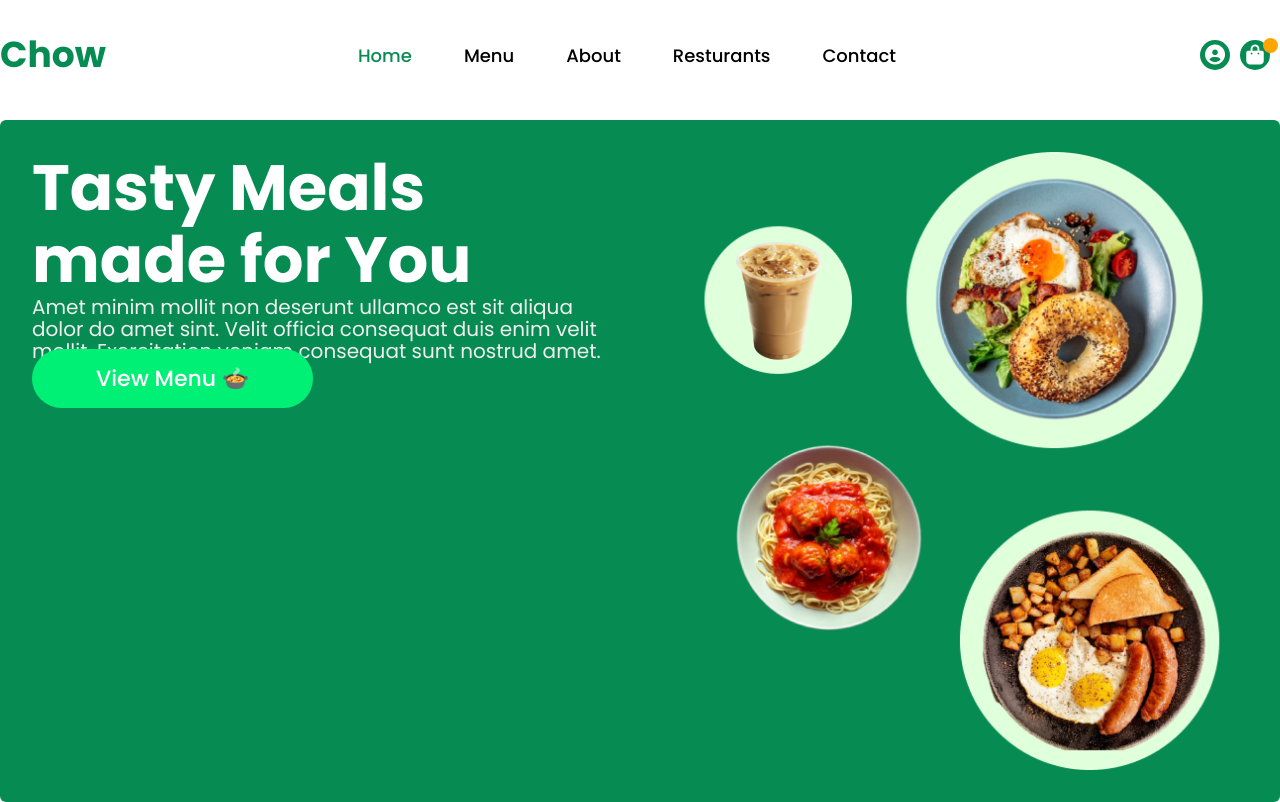
Repository: nguyennam1029/balbal
Page: index.html
These files come from the project's save history. The page is drawn as it stood at one moment and after the next save; the edit follows.
The browser window is 1280 px wide. The pictures show the whole page.
Some web libraries are served in a nearby version.

Above is the page before, as saved 2022-07-01 17:27:55.

### index.html
<!DOCTYPE html>
<html lang="en">
  <head>
    <meta charset="UTF-8" />
    <meta http-equiv="X-UA-Compatible" content="IE=edge" />
    <meta name="viewport" content="width=device-width, initial-scale=1.0" />
    <title>Chow</title>
    <link
      rel="stylesheet"
      href="https://cdnjs.cloudflare.com/ajax/libs/font-awesome/6.1.1/css/all.min.css"
      integrity="sha512-KfkfwYDsLkIlwQp6LFnl8zNdLGxu9YAA1QvwINks4PhcElQSvqcyVLLD9aMhXd13uQjoXtEKNosOWaZqXgel0g=="
      crossorigin="anonymous"
      referrerpolicy="no-referrer"
    />
    <link rel="stylesheet" href="css/grid.css" />
    <link rel="stylesheet" href="css/style.css" />
  </head>
  <body>
    <div class="grid wide">
      <div class="menu">
        <a href="#" class="menu-left">Chow</a>
        <ul class="menu-center">
          <li class="menu-center-item">
            <a href="#" class="menu-center--link active">Home</a>
          </li>
          <li class="menu-center-item">
            <a href="#" class="menu-center--link">Menu</a>
          </li>
          <li class="menu-center-item">
            <a href="#" class="menu-center--link">About</a>
          </li>
          <li class="menu-center-item">
            <a href="#" class="menu-center--link">Resturants</a>
          </li>
          <li class="menu-center-item">
            <a href="#" class="menu-center--link">Contact</a>
          </li>
        </ul>
        <ul class="menu-right">
          <li class="menu-right-item">
            <a href="#" class="menu-right--link">
              <i class="fa-solid fa-circle-user"></i>
            </a>
          </li>
          <li class="menu-right-item">
            <a href="#" class="menu-right--link active">
              <i class="fa-solid fa-bag-shopping"></i>
              <span class="menu-right--circle"></span>
            </a>
          </li>
        </ul>
      </div>
      <div class="banner">
        <div class="row">
          <div class="col l-6 m-6 c-12">
            <div class="banner-info">
              <h1 class="banner-title">Tasty Meals made for You</h1>
              <span class="banner-des"
                >Amet minim mollit non deserunt ullamco est sit aliqua dolor do
                amet sint. Velit officia consequat duis enim velit mollit.
                Exercitation veniam consequat sunt nostrud amet.</span
              >
              <a href="#" class="banner-btn"> View Menu 🍲 </a>
            </div>
          </div>
          <div class="col l-6 m-6 c-12">
            <div class="banner-img">
              <img src="images/banner1.png" alt="" />
            </div>
          </div>
        </div>
      </div>
    </div>
  </body>
</html>

### css/grid.css
/* L là pc ,  M là tablet, C là mobile  */
.grid {
    width  : 100%;
    display: block;
    padding: 0;
}

.grid.wide {
    max-width: 1280px;
    margin   : 0 auto;
}

.row {
    display     : flex;
    flex-wrap   : wrap;
    margin-left : -4px;
    margin-right: -4px;
}

.row.no-gutters {
    margin-left : 0;
    margin-right: 0;
}

.col {
    padding-left : 4px;
    padding-right: 4px;
}

.row.no-gutters .col {
    padding-left : 0;
    padding-right: 0;
}

.c-0 {
    display: none;
}

.c-1 {
    flex     : 0 0 8.33333%;
    max-width: 8.33333%;
}

.c-2 {
    flex     : 0 0 16.66667%;
    max-width: 16.66667%;
}

.c-3 {
    flex     : 0 0 25%;
    max-width: 25%;
}

.c-4 {
    flex     : 0 0 33.33333%;
    max-width: 33.33333%;
}

.c-5 {
    flex     : 0 0 41.66667%;
    max-width: 41.66667%;
}

.c-6 {
    flex     : 0 0 50%;
    max-width: 50%;
}

.c-7 {
    flex     : 0 0 58.33333%;
    max-width: 58.33333%;
}

.c-8 {
    flex     : 0 0 66.66667%;
    max-width: 66.66667%;
}

.c-9 {
    flex     : 0 0 75%;
    max-width: 75%;
}

.c-10 {
    flex     : 0 0 83.33333%;
    max-width: 83.33333%;
}

.c-11 {
    flex     : 0 0 91.66667%;
    max-width: 91.66667%;
}

.c-12 {
    flex     : 0 0 100%;
    max-width: 100%;
}

.c-o-1 {
    margin-left: 8.33333%;
}

.c-o-2 {
    margin-left: 16.66667%;
}

.c-o-3 {
    margin-left: 25%;
}

.c-o-4 {
    margin-left: 33.33333%;
}

.c-o-5 {
    margin-left: 41.66667%;
}

.c-o-6 {
    margin-left: 50%;
}

.c-o-7 {
    margin-left: 58.33333%;
}

.c-o-8 {
    margin-left: 66.66667%;
}

.c-o-9 {
    margin-left: 75%;
}

.c-o-10 {
    margin-left: 83.33333%;
}

.c-o-11 {
    margin-left: 91.66667%;
}

/* >= Tablet */
@media (min-width: 740px) {
    .row {
        margin-left : -8px;
        margin-right: -8px;
    }

    .col {
        padding-left : 8px;
        padding-right: 8px;
    }

    .m-0 {
        display: none;
    }

    .m-1,
    .m-2,
    .m-3,
    .m-4,
    .m-5,
    .m-6,
    .m-7,
    .m-8,
    .m-9,
    .m-10,
    .m-11,
    .m-12 {
        display: block;
    }

    .m-1 {
        flex     : 0 0 8.33333%;
        max-width: 8.33333%;
    }

    .m-2 {
        flex     : 0 0 16.66667%;
        max-width: 16.66667%;
    }

    .m-3 {
        flex     : 0 0 25%;
        max-width: 25%;
    }

    .m-4 {
        flex     : 0 0 33.33333%;
        max-width: 33.33333%;
    }

    .m-5 {
        flex     : 0 0 41.66667%;
        max-width: 41.66667%;
    }

    .m-6 {
        flex     : 0 0 50%;
        max-width: 50%;
    }

    .m-7 {
        flex     : 0 0 58.33333%;
        max-width: 58.33333%;
    }

    .m-8 {
        flex     : 0 0 66.66667%;
        max-width: 66.66667%;
    }

    .m-9 {
        flex     : 0 0 75%;
        max-width: 75%;
    }

    .m-10 {
        flex     : 0 0 83.33333%;
        max-width: 83.33333%;
    }

    .m-11 {
        flex     : 0 0 91.66667%;
        max-width: 91.66667%;
    }

    .m-12 {
        flex     : 0 0 100%;
        max-width: 100%;
    }

    .m-o-1 {
        margin-left: 8.33333%;
    }

    .m-o-2 {
        margin-left: 16.66667%;
    }

    .m-o-3 {
        margin-left: 25%;
    }

    .m-o-4 {
        margin-left: 33.33333%;
    }

    .m-o-5 {
        margin-left: 41.66667%;
    }

    .m-o-6 {
        margin-left: 50%;
    }

    .m-o-7 {
        margin-left: 58.33333%;
    }

    .m-o-8 {
        margin-left: 66.66667%;
    }

    .m-o-9 {
        margin-left: 75%;
    }

    .m-o-10 {
        margin-left: 83.33333%;
    }

    .m-o-11 {
        margin-left: 91.66667%;
    }
}

/* PC medium resolution > */
@media (min-width: 1113px) {
    .row {
        margin-left : -12px;
        margin-right: -12px;
    }

    .row.sm-gutter {
        margin-left : -5px;
        margin-right: -5px;
    }

    .col {
        padding-left : 12px;
        padding-right: 12px;
    }

    .row.sm-gutter .col {
        padding-left : 5px;
        padding-right: 5px;
    }

    .l-0 {
        display: none;
    }

    .l-1,
    .l-2,
    .l-2-4,
    .l-3,
    .l-4,
    .l-5,
    .l-6,
    .l-7,
    .l-8,
    .l-9,
    .l-10,
    .l-11,
    .l-12 {
        display: block;
    }

    .l-1 {
        flex     : 0 0 8.33333%;
        max-width: 8.33333%;
    }

    .l-2 {
        flex     : 0 0 16.66667%;
        max-width: 16.66667%;
    }

    .l-2-4 {
        flex     : 0 0 20%;
        max-width: 20%;
    }

    .l-3 {
        flex     : 0 0 25%;
        max-width: 25%;
    }

    .l-4 {
        flex     : 0 0 33.33333%;
        max-width: 33.33333%;
    }

    .l-5 {
        flex     : 0 0 41.66667%;
        max-width: 41.66667%;
    }

    .l-6 {
        flex     : 0 0 50%;
        max-width: 50%;
    }

    .l-7 {
        flex     : 0 0 58.33333%;
        max-width: 58.33333%;
    }

    .l-8 {
        flex     : 0 0 66.66667%;
        max-width: 66.66667%;
    }

    .l-9 {
        flex     : 0 0 75%;
        max-width: 75%;
    }

    .l-10 {
        flex     : 0 0 83.33333%;
        max-width: 83.33333%;
    }

    .l-11 {
        flex     : 0 0 91.66667%;
        max-width: 91.66667%;
    }

    .l-12 {
        flex     : 0 0 100%;
        max-width: 100%;
    }

    .l-o-1 {
        margin-left: 8.33333%;
    }

    .l-o-2 {
        margin-left: 16.66667%;
    }

    .l-o-3 {
        margin-left: 25%;
    }

    .l-o-4 {
        margin-left: 33.33333%;
    }

    .l-o-5 {
        margin-left: 41.66667%;
    }

    .l-o-6 {
        margin-left: 50%;
    }

    .l-o-7 {
        margin-left: 58.33333%;
    }

    .l-o-8 {
        margin-left: 66.66667%;
    }

    .l-o-9 {
        margin-left: 75%;
    }

    .l-o-10 {
        margin-left: 83.33333%;
    }

    .l-o-11 {
        margin-left: 91.66667%;
    }
}

/* Tablet - PC low resolution */
@media (min-width: 740px) and (max-width: 1023px) {
    .wide {
        width: 644px;
    }
}

/* > PC low resolution */
@media (min-width: 1024px) and (max-width: 1239px) {
    .wide {
        width: 984px;
    }

    .wide .row {
        margin-left : -12px;
        margin-right: -12px;
    }

    .wide .row.sm-gutter {
        margin-left : -5px;
        margin-right: -5px;
    }

    .wide .col {
        padding-left : 12px;
        padding-right: 12px;
    }

    .wide .row.sm-gutter .col {
        padding-left : 5px;
        padding-right: 5px;
    }

    .wide .l-0 {
        display: none;
    }

    .wide .l-1,
    .wide .l-2,
    .wide .l-2-4,
    .wide .l-3,
    .wide .l-4,
    .wide .l-5,
    .wide .l-6,
    .wide .l-7,
    .wide .l-8,
    .wide .l-9,
    .wide .l-10,
    .wide .l-11,
    .wide .l-12 {
        display: block;
    }

    .wide .l-1 {
        flex     : 0 0 8.33333%;
        max-width: 8.33333%;
    }

    .wide .l-2 {
        flex     : 0 0 16.66667%;
        max-width: 16.66667%;
    }

    .wide .l-2-4 {
        flex     : 0 0 20%;
        max-width: 20%;
    }

    .wide .l-3 {
        flex     : 0 0 25%;
        max-width: 25%;
    }

    .wide .l-4 {
        flex     : 0 0 33.33333%;
        max-width: 33.33333%;
    }

    .wide .l-5 {
        flex     : 0 0 41.66667%;
        max-width: 41.66667%;
    }

    .wide .l-6 {
        flex     : 0 0 50%;
        max-width: 50%;
    }

    .wide .l-7 {
        flex     : 0 0 58.33333%;
        max-width: 58.33333%;
    }

    .wide .l-8 {
        flex     : 0 0 66.66667%;
        max-width: 66.66667%;
    }

    .wide .l-9 {
        flex     : 0 0 75%;
        max-width: 75%;
    }

    .wide .l-10 {
        flex     : 0 0 83.33333%;
        max-width: 83.33333%;
    }

    .wide .l-11 {
        flex     : 0 0 91.66667%;
        max-width: 91.66667%;
    }

    .wide .l-12 {
        flex     : 0 0 100%;
        max-width: 100%;
    }

    .wide .l-o-1 {
        margin-left: 8.33333%;
    }

    .wide .l-o-2 {
        margin-left: 16.66667%;
    }

    .wide .l-o-3 {
        margin-left: 25%;
    }

    .wide .l-o-4 {
        margin-left: 33.33333%;
    }

    .wide .l-o-5 {
        margin-left: 41.66667%;
    }

    .wide .l-o-6 {
        margin-left: 50%;
    }

    .wide .l-o-7 {
        margin-left: 58.33333%;
    }

    .wide .l-o-8 {
        margin-left: 66.66667%;
    }

    .wide .l-o-9 {
        margin-left: 75%;
    }

    .wide .l-o-10 {
        margin-left: 83.33333%;
    }

    .wide .l-o-11 {
        margin-left: 91.66667%;
    }
}

### css/style.css
@import url('https://fonts.googleapis.com/css2?family=Poppins:wght@400;500;600;700&display=swap');

*,
*::before,
*::after {
    box-sizing: border-box;
}

* {
    margin : 0;
    padding: 0;
}

html {
    font-family: 'Poppins',
        sans-serif;
    font-size: 62.5%;
}

html,
body {
    height: 100%;
}

body {
    line-height: 1.5;
}

img,
picture,
video,
canvas,
svg {
    display  : block;
    max-width: 100%;
}

input,
button,
textarea,
select {
    font   : inherit;
    outline: none;
}

p,
h1,
h2,
h3,
h4,
h5,
h6 {
    overflow-wrap: break-word;
}

a {
    text-decoration: none;
}

ul {
    list-style: none;
}

.menu {
    display        : flex;
    justify-content: space-between;
    align-items    : center;
    margin         : 35px 0 45px;
}

.menu-left {
    font-weight: 700;
    font-size  : 3.6rem;
    line-height: 40px;

    color: #068C52;
}

.menu-center,
.menu-right {
    display        : flex;
    justify-content: center;
    align-items    : center;
}

.menu-center--link {
    margin-right: 52px;
    font-weight : 500;
    font-size   : 1.8rem;
    line-height : 27px;
    color       : #000000;
}

.menu-center--link.active {
    color: #068C52;
}

.menu-right--link {
    margin-right         : 10px;
    display              : flex;
    justify-content      : center;
    align-items          : center;
    width                : 30px;
    height               : 30px;
    border-radius        : 50%;
    -webkit-border-radius: 50%;
    -moz-border-radius   : 50%;
    -ms-border-radius    : 50%;
    -o-border-radius     : 50%;
    background-color     : #068C52;
}

.menu-right--link i {
    color    : #fff;
    font-size: 2rem;
}

.menu-right--link.active {
    position: relative;
}

.menu-right--circle {
    position             : absolute;
    top                  : -2px;
    right                : -8px;
    width                : 15px;
    height               : 15px;
    background           : #FFA500;
    border-radius        : 50%;
    -webkit-border-radius: 50%;
    -moz-border-radius   : 50%;
    -ms-border-radius    : 50%;
    -o-border-radius     : 50%;
}

.banner {
    background-color     : #068C52;
    border-radius        : 6px;
    -webkit-border-radius: 6px;
    -moz-border-radius   : 6px;
    -ms-border-radius    : 6px;
    -o-border-radius     : 6px;
    padding              : 32px;
}

.banner-info {}

.banner-title {
    font-weight: 700;
    font-size  : 6.4rem;
    line-height: 72px;

    color: #FFFFFF;
}

.banner-des {
    font-weight: 400;
    font-size  : 2rem;
    line-height: 22px;

    color : #EFEFEF;
    margin: 14px 0 24px;
}

.banner-btn {
    font-weight          : 500;
    font-size            : 2.2rem;
    line-height          : 33px;
    padding              : 14px 64px;
    /*Primary/White*/
    color                : #FFFFFF;
    background           : #00F076;
    border-radius        : 32px;
    -webkit-border-radius: 32px;
    -moz-border-radius   : 32px;
    -ms-border-radius    : 32px;
    -o-border-radius     : 32px;
}

After the next save:
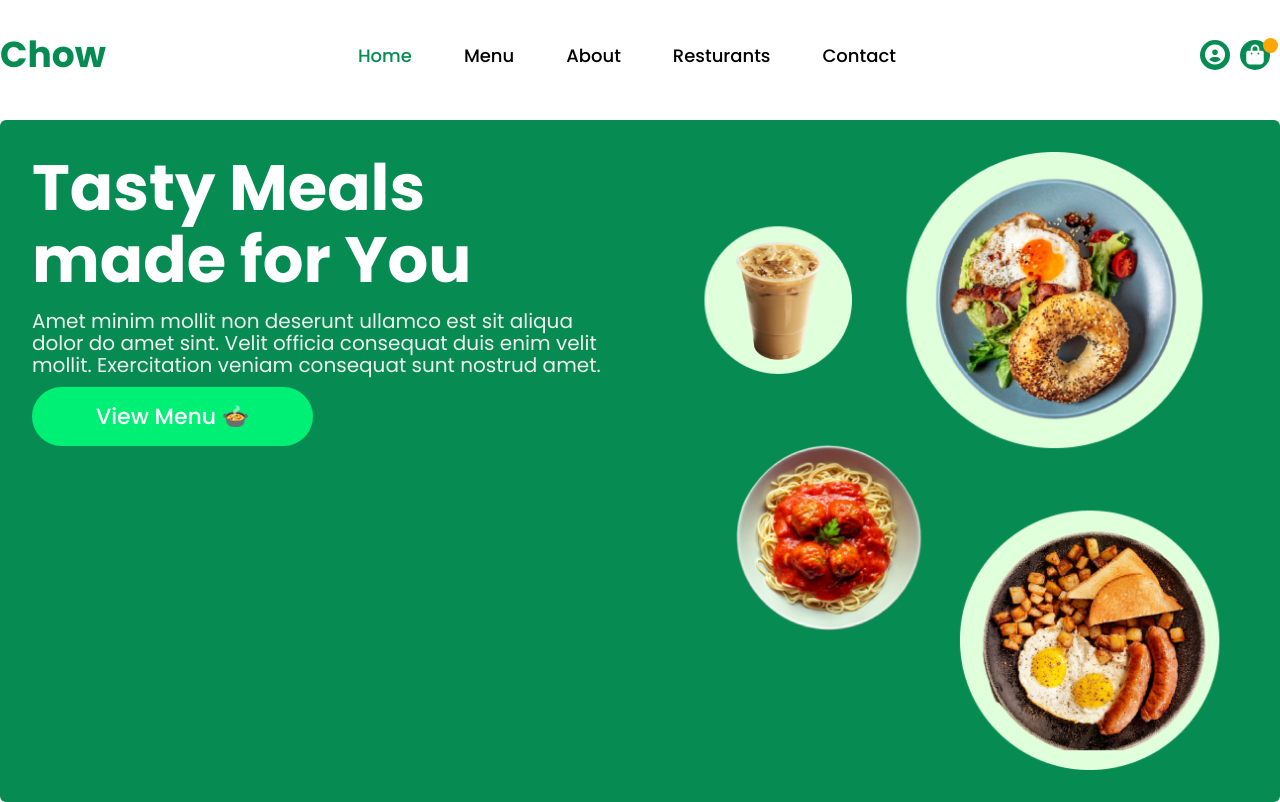
Saved 23 s later.
--- a/css/style.css
+++ b/css/style.css
@@ -157,9 +157,9 @@ ul {
     font-weight: 400;
     font-size  : 2rem;
     line-height: 22px;
-
-    color : #EFEFEF;
-    margin: 14px 0 24px;
+    display    : block;
+    color      : #EFEFEF;
+    margin     : 14px 0 24px;
 }
 
 .banner-btn {
